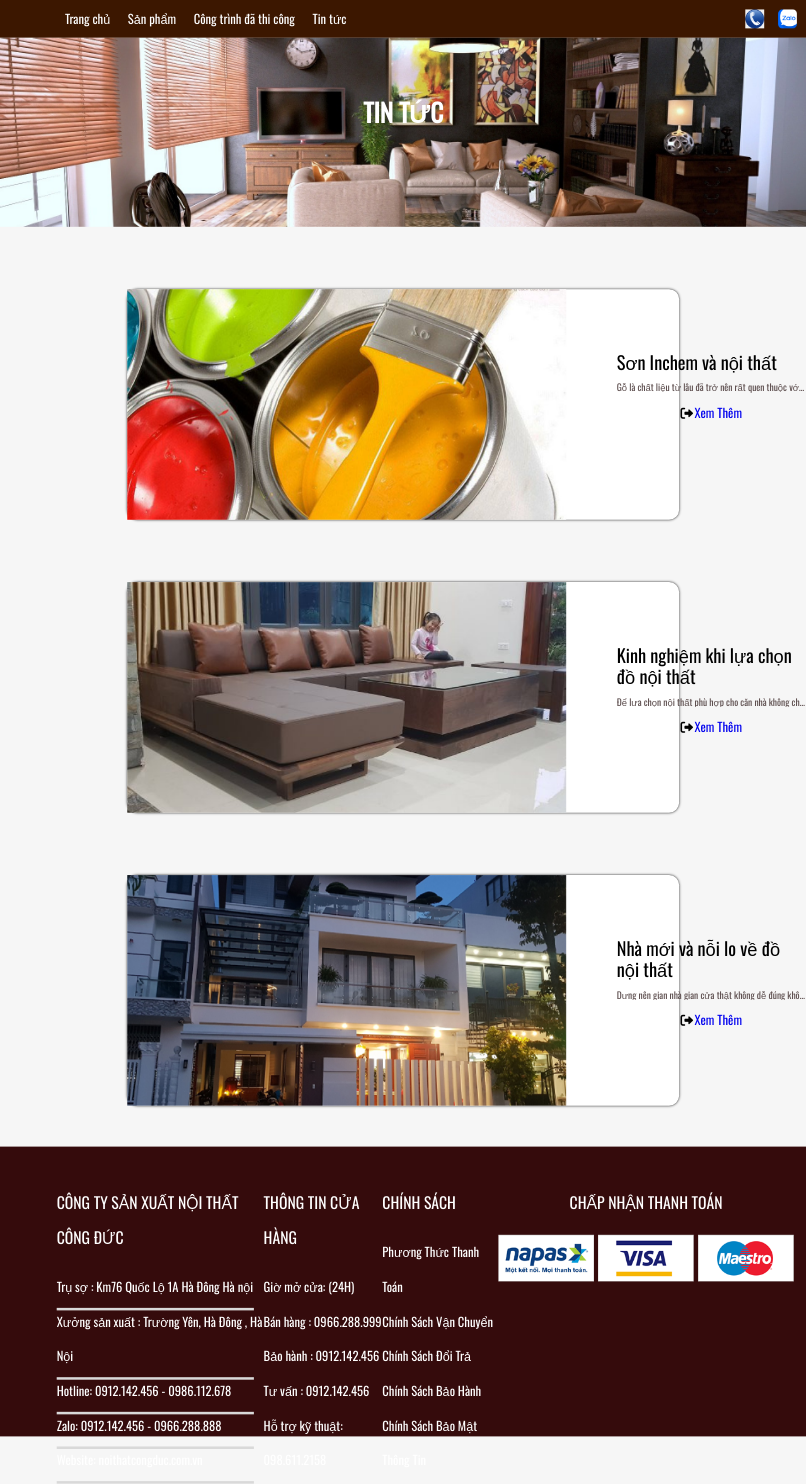
Repository: KHANHD192/FigmaTo-HTML
Page: APP-SHOP/tintuc.html
An editor plug-in stored every save of this project. The page is shown before and after the next save, followed by the edit.
The browser window is 1280 px wide. The pictures show the whole page, at 63% of full size.

Above is the page before, as saved 2022-11-22 15:07:53.

After the next save:
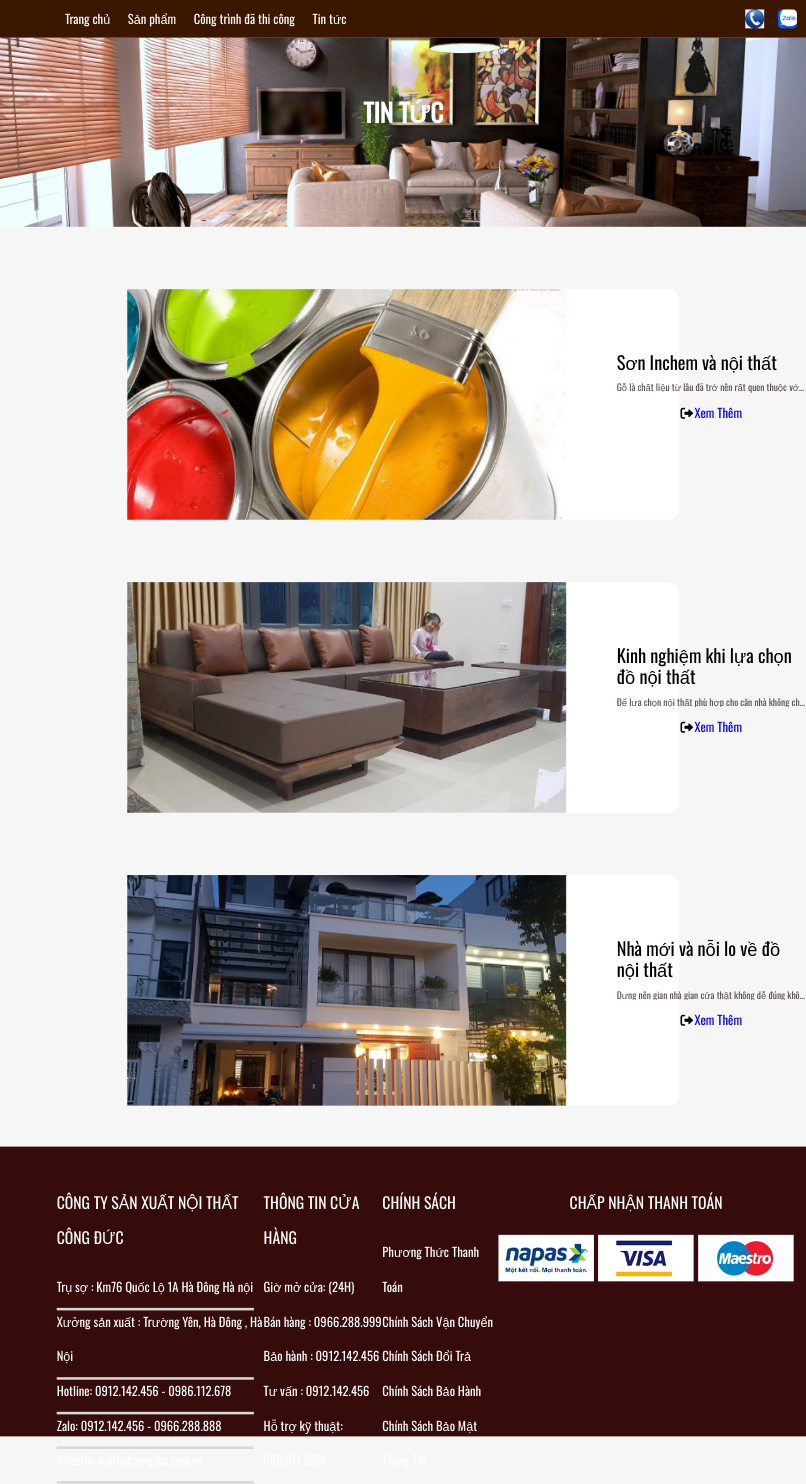
Saved 10 s later.
--- a/APP-SHOP/tintuc.html
+++ b/APP-SHOP/tintuc.html
@@ -36,7 +36,7 @@
             margin:99px 202px 20px 202px;
             margin-bottom:65px;
             border-radius: 16px;
-            box-shadow: 0 0 4px 0px rgba(0, 0, 0, 0.942);
+            box-shadow: 0 0 0px 0px rgba(0, 0, 0, 0.942);
          }
          .container__image{
             max-width: 400px;
